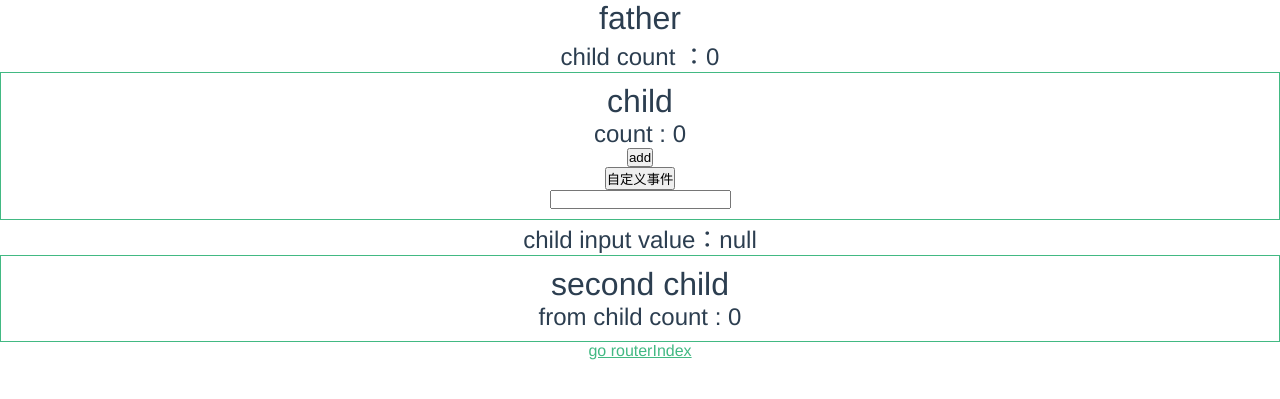
Repository: NotTooTwo/vueRouter
Page: /
The author's editor kept a copy of each file at every save. The page is drawn from the files as they stood at one save, then again after the next save.
The browser window is 1280 px wide. The pictures show the whole page.
The project was rebuilt for these pictures with package versions that can differ from the ones it lists, and the page was loaded fresh each time. Also part of the build but not shown: src/components/routerTest/routerIndex.vue.

Above is the page before, as saved 2018-03-13 15:16:40.

### src/App.vue
<template>
  <div id="app">
    <router-view/>
  </div>
</template>

<script>
export default {
  name: 'App'
}
</script>

<style>
*{
  padding: 0;
  margin: 0;
}
#app {
  font-family: 'Avenir', Helvetica, Arial, sans-serif;
  -webkit-font-smoothing: antialiased;
  -moz-osx-font-smoothing: grayscale;
  text-align: center;
  color: #2c3e50;
}
</style>

### src/router/index.js
import Vue from 'vue'
import Router from 'vue-router'
import HelloWorld from '@/components/test/HelloWorld'
import RouterIndex from '@/components/routerTest/routerIndex'

Vue.use(Router)

export default new Router({
  routes: [
    {
      path: '/',
      name: 'HelloWorld',
      component: HelloWorld
    },
    {
      path: '/routerIndex',
      name: 'RouterIndex',
      component: RouterIndex
    }
  ]
})

### src/components/test/HelloWorld.vue
<template>
  <div class="hello">
    <h1>father</h1>
    <h2>child count ：{{childNum}}</h2>
    <!-- 子组件给父组件传参：子组件内(add()函数)$emit触发父组件的预定义的触发函数 -->
    <Child :countNum=childNum v-on:childCount="countChildNum"></Child>
    <h2>child input value：{{msg||'null'}}</h2>
    <second-child :countNum=childNum></second-child>
    <router-link to='/routerIndex'>go routerIndex</router-link>
  </div>
</template>

<script>
import Child from './child'
import SecondChild from './secondChild'

export default {
  name: 'HelloWorld',
  data () {
    return {
      msg: '',
      childNum:0
    }
  },
methods:{
  countChildNum(num){
      this.childNum = num;
  }
},
mounted(){
  console.log(this.$events)
},
components:{
    Child,
    'second-child':SecondChild
  }
}
</script>

<!-- Add "scoped" attribute to limit CSS to this component only -->
<style scoped>
h1, h2 {
  font-weight: normal;
}
ul {
  list-style-type: none;
  padding: 0;
}
li {
  display: inline-block;
  margin: 0 10px;
}
a {
  color: #42b983;
}
</style>

### src/components/test/child.vue
<template>
  <div class="child">
    <h1>child</h1>
    <h2>count : {{count}}</h2>
    <button @click='add'>add</button>
    <div>
      <button @click='sendMsg'>自定义事件</button>
    </div>
    <div>
      <input type="text" v-model="childVal">
    </div>
  </div>
</template>

<script>
import bus from '../../assets/bus.js'
export default {
  name: 'child',
  data () {
    return {
      msg: 'Welcome to Your Vue.js App',
      count: 0,
      childVal:''
    }
  },
  props:[
    'countNum'
  ],
  created(){
    this.count=this.countNum;
  },
  watch:{
      'childVal'(val,old){
          this.$parent.msg = val
      }
  },
  methods:{
    add(){
      ++this.count;
      this.$emit('childCount',this.count)
      bus.$emit('childCount',this.count)
    },
    sendMsg(){
      // console.log(this.$parent.msg)
      // this.$set(this.$parent,'msg',this.childVal)
      // this.$parent.msg = this.childVal;
      // this.$dispatch('childrenClick');
    }
  }
}
</script>

<!-- Add "scoped" attribute to limit CSS to this component only -->
<style scoped>
h1, h2 {
  font-weight: normal;
}
ul {
  list-style-type: none;
  padding: 0;
}
li {
  display: inline-block;
  margin: 0 10px;
}
a {
  color: #42b983;
}
.child{
  padding: 10px;
  border: 1px solid #42b983;

}
</style>

### src/components/test/secondChild.vue
<template>
  <div class="child">
    <h1>second child</h1>
    <h2>from child count : {{count}}</h2>
  </div>
</template>

<script>
import bus from '../../assets/bus.js'

export default {
  name: 'secondChild',
  data () {
    return {
      msg: 'Welcome to Your Vue.js App',
      count: 0,
    }
  },
  props:[
    'countNum'
  ],
  created(){
    var _this= this;
    _this.count=_this.countNum;
    bus.$on("childCount",function (msg) {
                    _this.count=msg;
                })
  },
  watch:{
      'childVal'(val,old){
          this.$parent.msg = val
      }
  },
  methods:{
    add(){
      ++this.count;
      this.$emit('childCount',this.count)
    },
    sendMsg(){
      // console.log(this.$parent.msg)
      // this.$set(this.$parent,'msg',this.childVal)
      // this.$parent.msg = this.childVal;
      this.$dispatch('childrenClick');
    }
  }
}
</script>

<!-- Add "scoped" attribute to limit CSS to this component only -->
<style scoped>
h1, h2 {
  font-weight: normal;
}
ul {
  list-style-type: none;
  padding: 0;
}
li {
  display: inline-block;
  margin: 0 10px;
}
a {
  color: #42b983;
}
.child{
  padding: 10px;
  border: 1px solid #42b983;

}
</style>

Loaded but not shown: index.html (common file); src/main.js (common file); src/assets/bus.js (common file)

After the next save:
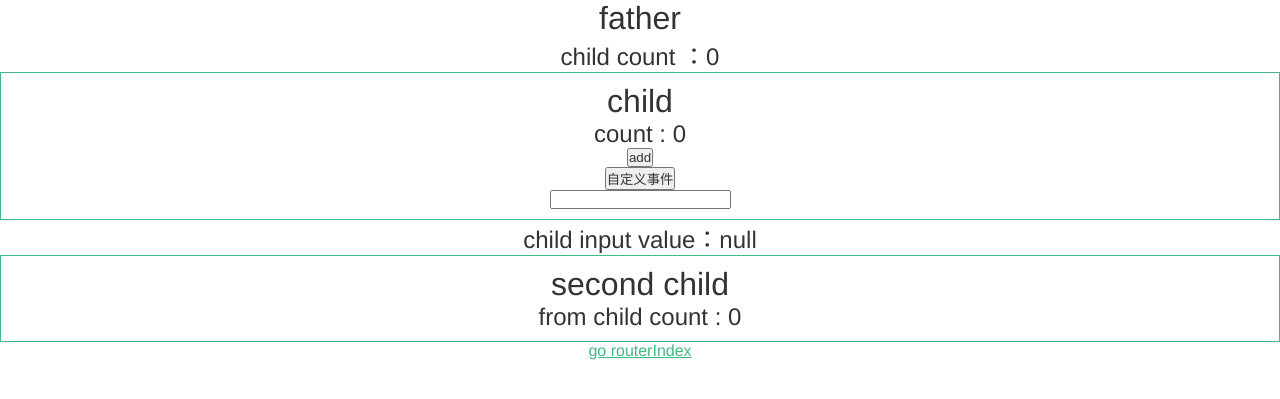
Saved 4 s later.
--- a/src/App.vue
+++ b/src/App.vue
@@ -14,6 +14,7 @@ export default {
 *{
   padding: 0;
   margin: 0;
+  color: #333
 }
 #app {
   font-family: 'Avenir', Helvetica, Arial, sans-serif;
